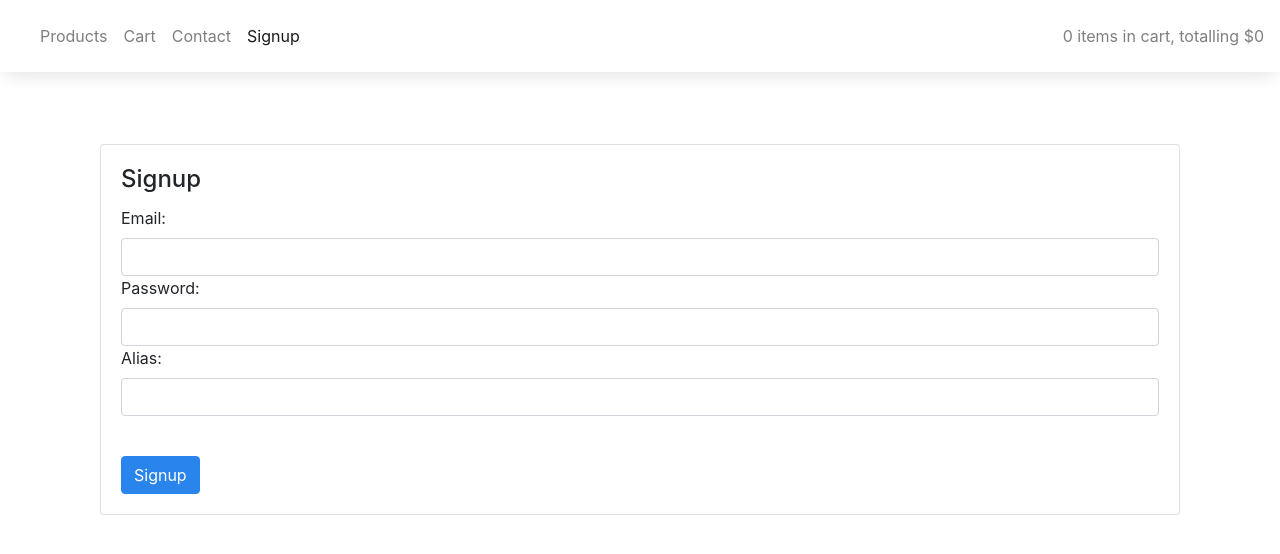
Repository: dayrim/wavecraft
Page: /signup
An editor plug-in stored every save of this project. The page is shown before and after the next save, followed by the edit.
The browser window is 1280 px wide. The pictures show the whole page.
The project was rebuilt for these pictures with package versions that can differ from the ones it lists, and the page was loaded fresh each time. Also part of the build but not shown: vue.config.js.

Above is the page before, as saved 2019-04-22 16:07:25.

### public/index.html
<!DOCTYPE html>
<html lang="en">
  <head>
    <meta charset="utf-8">
    <meta http-equiv="X-UA-Compatible" content="IE=edge">
    <meta name="viewport" content="width=device-width,initial-scale=1.0">
    <link rel="icon" href="<%= BASE_URL %>favicon.ico">
    <title>wavecraft-reset</title>
  </head>
  <body>
    <noscript>
      <strong>We're sorry but wavecraft-reset doesn't work properly without JavaScript enabled. Please enable it to continue.</strong>
    </noscript>
    <div id="app"></div>
    <!-- built files will be auto injected -->


  </body>
</html>

### src/main.js
import Vue from "vue";
import App from "./App.vue";
import router from "./router";
import store from "./store";
import BootstrapVue from "bootstrap-vue";

Vue.config.productionTip = false;
Vue.use(BootstrapVue);
Vue.filter("currency", function(value) {
  let formatter = new Intl.NumberFormat("en-US", {
    style: "currency",
    currency: "USD",
    minimumFractionDigits: 0,
  });

  return formatter.format(value);
});

new Vue({
  router,
  store,
  render: h => h(App),
}).$mount("#app");

### src/App.vue
<template>
  <div id="app" :class="{ ready: isPageReady }">
    <b-navbar class="mainNavbar" sticky toggleable="lg" variant="light">
      <b-navbar-brand to="/"></b-navbar-brand>

      <b-navbar-toggle target="nav-collapse"></b-navbar-toggle>

      <b-collapse id="nav-collapse" is-nav>
        <b-navbar-nav>
          <b-nav-item exact active-class="active" to="/">Products</b-nav-item>
          <b-nav-item exact active-class="active" to="/cart">Cart</b-nav-item>
          <b-nav-item exact active-class="active" to="/contact">Contact</b-nav-item>
          <b-nav-item exact active-class="active" to="/signup">Signup</b-nav-item>
        </b-navbar-nav>

        <!-- Right aligned nav items -->
        <b-navbar-nav class="ml-auto">
          <b-nav-text>
            <div class="navbar-text">
              {{ cart.items.length }}
              <span v-if="cart.items.length == 1">item</span><span v-else>items</span> in cart,
              totalling {{ cartTotal | currency }}
            </div></b-nav-text
          >
        </b-navbar-nav>
      </b-collapse>
    </b-navbar>
    <transition name="route" mode="out-in">
      <router-view name="discount"> </router-view>
    </transition>
    <b-container>
      <b-row>
        <b-col>
          <br /><br />
          <transition name="route" mode="out-in">
            <router-view></router-view>
          </transition>
        </b-col>
      </b-row>
    </b-container>
  </div>
</template>

<script>
export default {
  data() {
    return {
      isPageReady: false,
    };
  },
  computed: {
    cart() {
      return this.$store.state.cart;
    },
    cartTotal() {
      return this.$store.getters["cart/cartTotal"];
    },
  },
  mounted: function() {
    this.$nextTick(function() {
      setTimeout(() => {
        this.isPageReady = true;
      }, 0);
    });
  },
};
</script>

<style lang="scss">
.mainNavbar {
  box-shadow: 0px 5px 20px -5px rgba(0, 0, 0, 0.15);
}
.flex {
  display: flex;
}
.flex.flex-column {
  flex-direction: column;
}
.flex.flex-row {
  flex-direction: row;
}
.flex.justify-center {
  justify-content: center;
}
.flex.justify-left {
  justify-content: flex-start;
}
.flex.justify-right {
  justify-content: flex-end;
}
.flex.align-center {
  align-items: center;
}
.flex.align-left {
  align-items: flex-start;
}
.flex.align-right {
  align-items: flex-end;
}
/* Navigation */
.navbar .stats {
  margin-top: 15px;
}
ul {
  list-style: none;
}
.btn {
  margin-right: 20px;
}
input[type="radio"] + label,
input[type="checkbox"] + label {
  font-weight: normal;
}

#app {
  opacity: 0;
  transition: opacity 1s ease;
}

#app.ready {
  opacity: 1;
}

.route-enter-active,
.route-leave-active {
  transition: opacity 0.15s ease;
}

.route-enter,
.route-leave-to {
  opacity: 0;
}
</style>

### src/router/index.js
import Vue from "vue";
import Router from "vue-router";
import routes from "./routes";
Vue.use(Router);

export default new Router({
  mode: "history",
  base: process.env.BASE_URL,
  routes,
});

### src/store/index.js
import Vue from "vue";
import Vuex from "vuex";
import cart from "./modules/cart";

Vue.use(Vuex);

export default new Vuex.Store({
  /**
   * Assign the modules to the store.
   */
  modules: {
    cart,
  },
});

### src/assets/common.scss
@import "node_modules/bootstrap/scss/functions";
@import "node_modules/bootstrap/scss/variables";

$primary-color: #2984ec;
$secondary-color: #601cb9;
$tertiary-color: #222d30;
$default-color: #e9e9e9;
$light-color: #ffffff;
$accent-color: #f0081b;
$warning-color: #f09308;



$red: #dc3545;
$yellow: #ffc107;
$green: #006600; // This is the only variable I wanted to change
$cyan: #17a2b8;

$theme-colors: (
  primary: $primary-color,
  secondary: $tertiary-color,
  success: $secondary-color,
  info: $primary-color,
  warning: $warning-color,
  danger: $accent-color,
  light: $light-color,
  dark: $tertiary-color
);

@import 'node_modules/bootstrap/scss/bootstrap';
@import 'node_modules/bootstrap-vue/src/index.scss';

### src/router/routes.js
const routes = [
  {
    path: "",
    components: {
      default: () => import(/* webpackChunkName: "ProductList" */ "@/components/ProductList.vue"),
      discount: () =>
        import(/* webpackChunkName: "SpecialOffer" */ "@/components/SpecialOffer.vue"),
    },
  },
  {
    path: "/cart",
    component: () => import(/* webpackChunkName: "Cart" */ "@/components/Cart.vue"),
    alias: "/shopping-cart",
  },
  {
    path: "/signup",
    component: () => import(/* webpackChunkName: "Singup" */ "@/components/Signup.vue"),
    alias: "/sign-up",
  },
  {
    path: "/product/:productId",
    props: true,
    name: "Product",
    component: () => import(/* webpackChunkName: "Product" */ "@/components/Product.vue"),
    children: [
      {
        path: "details",
        name: "ViewProduct",
        props: true,
        component: () =>
          import(/* webpackChunkName: "ViewProduct" */ "@/components/ViewProduct.vue"),
      },
      {
        path: "reviews",
        name: "ProductReviews",
        props: true,
        component: () =>
          import(/* webpackChunkName: "ProductReviews" */ "@/components/ProductReviews.vue"),
      },
    ],
  },

  {
    path: "/contact",
    component: () => import(/* webpackChunkName: "Contact" */ "@/components/Contact.vue"),
  },
  {
    path: "/*",
    component: () => import(/* webpackChunkName: "PageNotFound" */ "@/components/PageNotFound.vue"),
  },
];

export default routes;

### src/store/modules/cart/index.js
import actions from "./actions";
import getters from "./getters";
import mutations from "./mutations";
import state from "./state";

export default {
  namespaced: true,
  actions,
  getters,
  mutations,
  state,
};

### src/components/Signup.vue
<template>
  <b-container fluid>
    <br />

    <b-card title="Signup">
      <b-card-text>
        <label for="email">Email:</label>
        <b-form-input id="email" type="text"></b-form-input>
        <label for="password">Password:</label>
        <b-form-input id="password" type="text"></b-form-input>
        <label for="alias">Alias:</label>
        <b-form-input id="alias" type="text"></b-form-input>
        <br />
      </b-card-text>

      <b-button variant="primary">Signup</b-button>
    </b-card>
  </b-container>
</template>

<script>
export default {
  data() {
    return {};
  },
};
</script>

<style lang="scss"></style>

### src/store/modules/cart/actions.js
import * as Mutate from "./mutation-types";

export const addProductToCart = ({ commit, getters }, payload) => {
  let cartItem = getters.getCartItem(payload.product);
  payload.cartItem = cartItem;

  if (cartItem == null) {
    payload.cartItem = getters.getCartItem(payload.product);
    commit(Mutate.ADD_PRODUCT_TO_CART, payload);
  } else {
    commit(Mutate.INCREASE_PRODUCT_QUANTITY, payload);
  }
};

export const checkout = ({ commit }) => {
  commit(Mutate.CHECKOUT);
};

export default {
  addProductToCart,
  checkout,
};

### src/store/modules/cart/getters.js
export default {
  cartTotal: state => {
    let total = 0;

    state.items.forEach(function(item) {
      total += item.product.price * item.quantity;
    });
    return total;
  },
  getCartItem: state => product => {
    for (let i = 0; i < state.items.length; i++) {
      if (state.items[i].product.id === product.id) {
        return state.items[i];
      }
    }
    return null;
  },
  taxAmount: (state, getters) => percentage => (getters.cartTotal * percentage) / 100,
};

### src/store/modules/cart/mutations.js
import { CHECKOUT, ADD_PRODUCT_TO_CART, INCREASE_PRODUCT_QUANTITY } from "./mutation-types";

export default {
  [CHECKOUT](state) {
    state.items.forEach(function(item) {
      item.product.inStock += item.quantity;
    });

    state.items = [];
  },
  [ADD_PRODUCT_TO_CART]: (state, payload) => {
    state.items.push({
      product: payload.product,
      quantity: payload.quantity,
    });

    payload.product.inStock -= payload.quantity;
  },
  [INCREASE_PRODUCT_QUANTITY]: (state, payload) => {
    payload.cartItem.quantity += payload.quantity;
    payload.product.inStock -= payload.quantity;
  },
};

### src/store/modules/cart/state.js
export default {
  items: [],
};

### src/store/modules/cart/mutation-types.js
export const ADD_PRODUCT_TO_CART = "addProductToCart";
export const CHECKOUT = "checkout";
export const INCREASE_PRODUCT_QUANTITY = "increaseQuantity";

export default {
  ADD_PRODUCT_TO_CART,
  CHECKOUT,
  INCREASE_PRODUCT_QUANTITY,
};

After the next save:
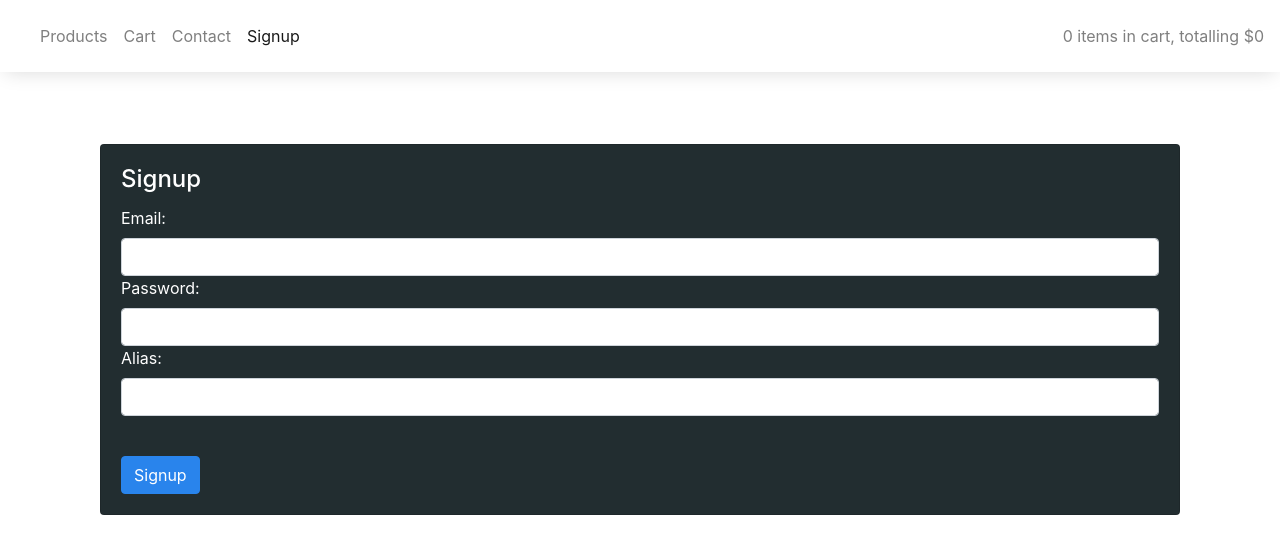
Saved 52 s later.
--- a/src/components/Signup.vue
+++ b/src/components/Signup.vue
@@ -2,7 +2,7 @@
   <b-container fluid>
     <br />
 
-    <b-card title="Signup">
+    <b-card bg-variant="dark" text-variant="white" title="Signup">
       <b-card-text>
         <label for="email">Email:</label>
         <b-form-input id="email" type="text"></b-form-input>

After the 2 saves that followed:
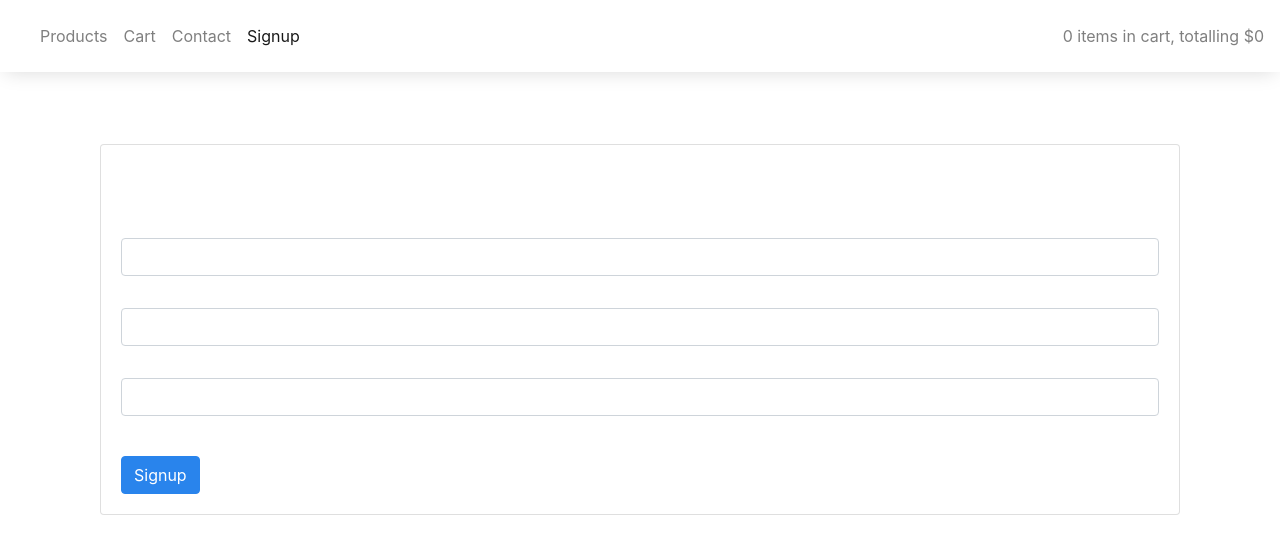
The 2 saves are shown as one change because 1 left the picture as it was.
The last was saved 36 s later.
--- a/src/components/Signup.vue
+++ b/src/components/Signup.vue
@@ -2,7 +2,7 @@
   <b-container fluid>
     <br />
 
-    <b-card bg-variant="dark" text-variant="white" title="Signup">
+    <b-card bg-variant="light" text-variant="white" title="Signup">
       <b-card-text>
         <label for="email">Email:</label>
         <b-form-input id="email" type="text"></b-form-input>
